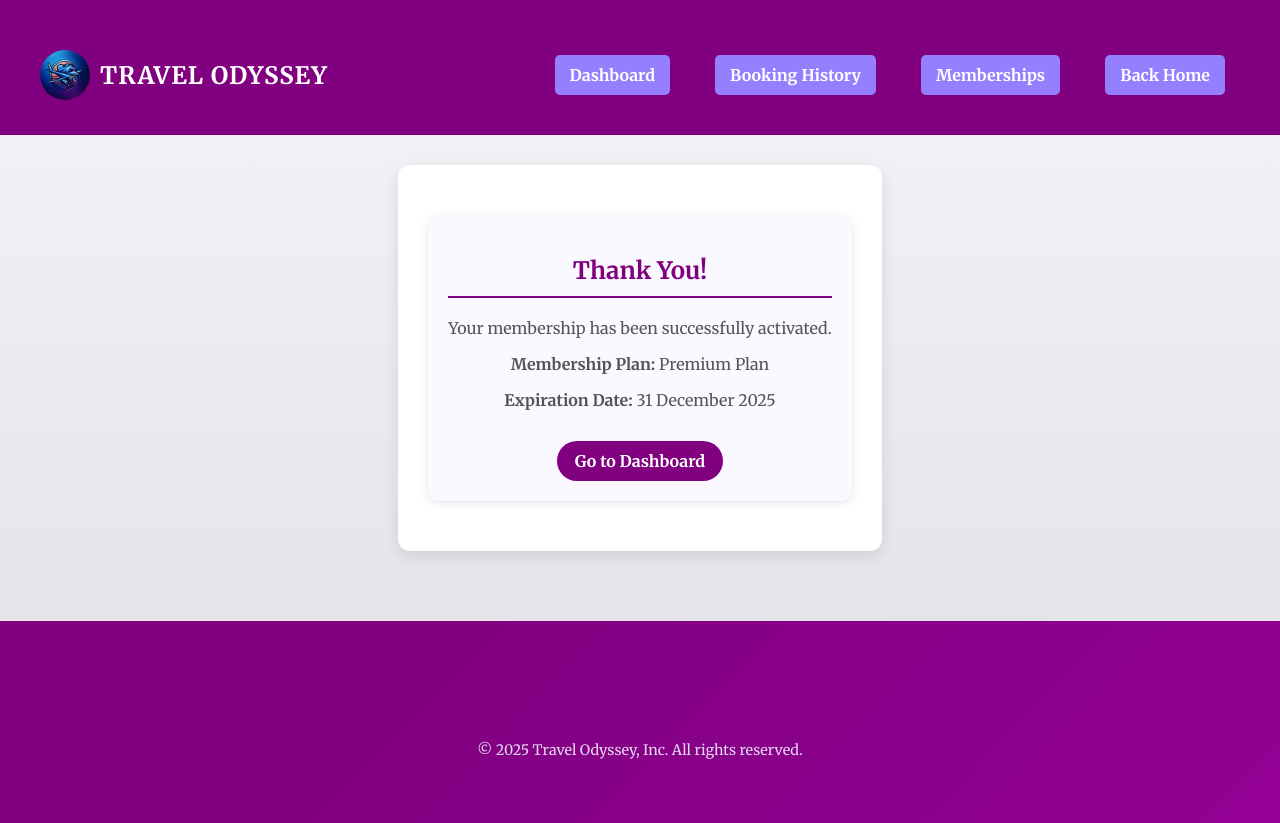
Repository: GHzPhoenix/Project-Odyssey
Page: Frontend/membership-confirmation.html
The author's editor kept a copy of each file at every save. The page is drawn from the files as they stood at one save, then again after the next save.
The browser window is 1280 px wide. The pictures show the whole page.

Above is the page before, as saved 2025-06-08 11:01:18.

After the next save:
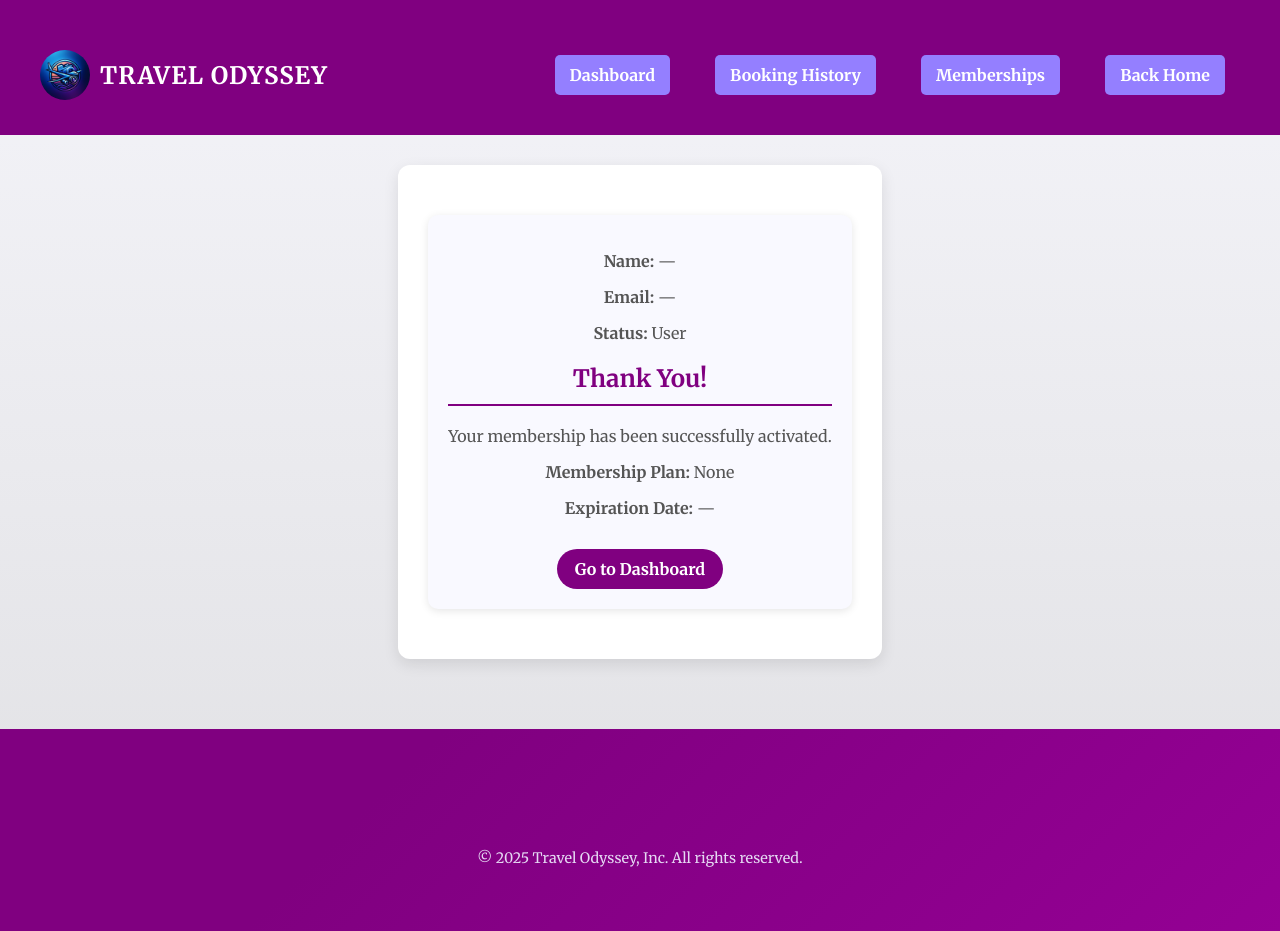
Saved 2 min 36 s later.
--- a/Frontend/membership-confirmation.html
+++ b/Frontend/membership-confirmation.html
@@ -7,7 +7,6 @@
 
     <link rel="stylesheet" href="css/style.css" />
     <link rel="stylesheet" href="css/dashboard.css" />
-
     <link rel="stylesheet" href="css/membership.css" />
 
     <link rel="preconnect" href="https://fonts.googleapis.com" />
@@ -45,6 +44,10 @@
 
     <main>
       <section class="confirmation dashboard-section">
+        <p><strong>Name:</strong> <span id="user-name">Loading…</span></p>
+        <p><strong>Email:</strong> <span id="user-email">Loading…</span></p>
+        <p><strong>Status:</strong> <span id="user-status">Loading…</span></p>
+
         <h2>Thank You!</h2>
         <p>Your membership has been successfully activated.</p>
 
@@ -75,12 +78,25 @@
 
       document.addEventListener("DOMContentLoaded", () => {
         const user = JSON.parse(localStorage.getItem("user") || "{}");
+        const membershipType = localStorage.getItem("membershipType");
+        const membershipExpires = localStorage.getItem("membershipExpires");
 
-        const plan = user.membershipType || "Premium Plan";
-        const exp = user.membershipExpires || "31 December 2025";
+        document.getElementById("user-name").textContent = user.name || "—";
+        document.getElementById("user-email").textContent = user.email || "—";
 
-        document.getElementById("membership-type").textContent = plan;
-        document.getElementById("membership-expiration").textContent = exp;
+        const statusEl = document.getElementById("user-status");
+        if (membershipType) {
+          statusEl.textContent = "Member";
+        } else if (user.role === "admin") {
+          statusEl.textContent = "Admin";
+        } else {
+          statusEl.textContent = "User";
+        }
+
+        document.getElementById("membership-type").textContent =
+          membershipType || "None";
+        document.getElementById("membership-expiration").textContent =
+          membershipExpires || "—";
       });
     </script>
   </body>
